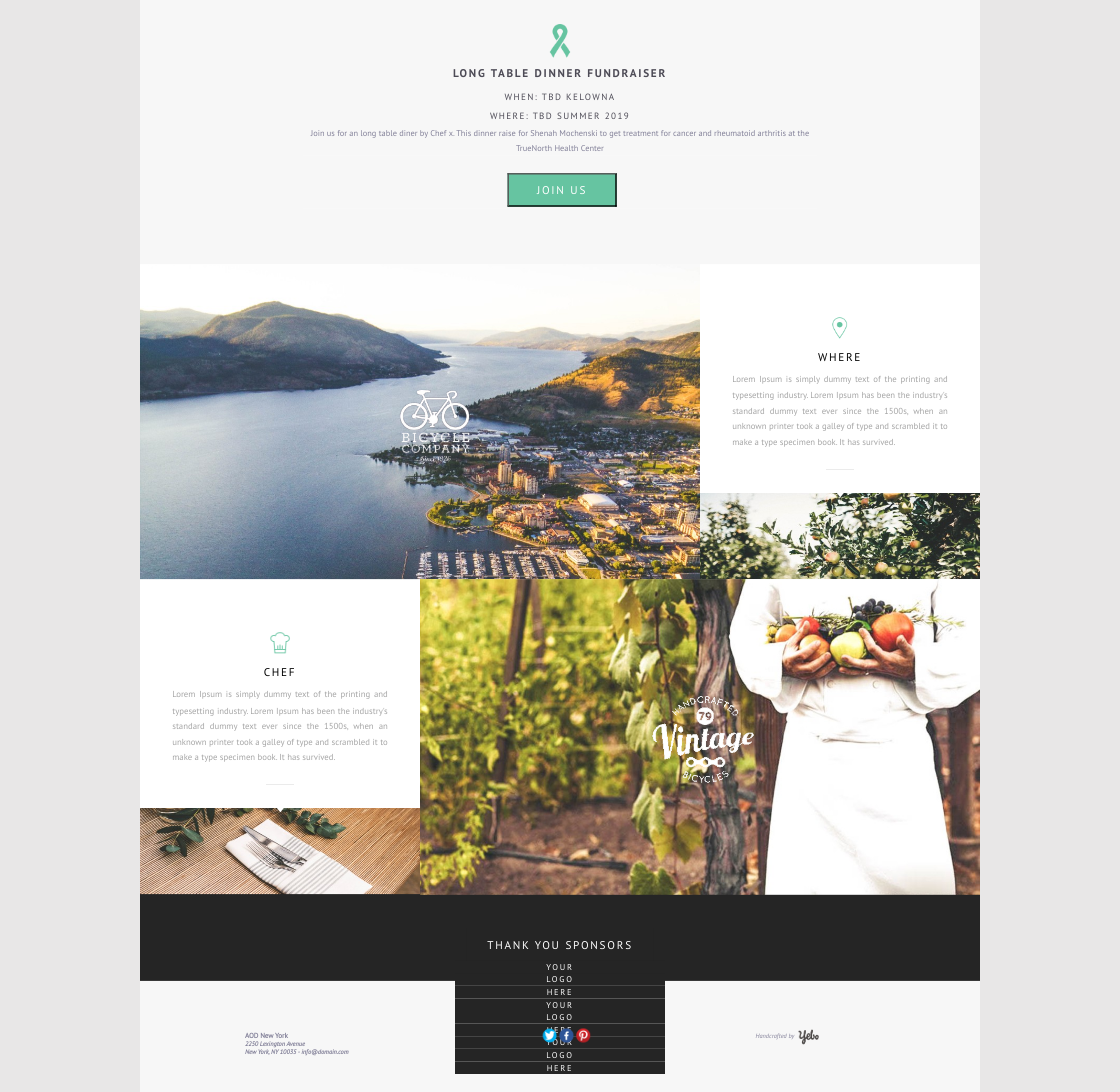
Repository: vancodes/longtable
Page: index.html
These files come from the project's save history. The page is drawn as it stood at one moment and after the next save; the edit follows.
The browser window is 1280 px wide. The page is 1600 px wide, so the pictures cover 1600 px, including what lies to the right of the window. The pictures show the part of the page from y = 796 to 2356 px (the page is 2356 px tall), at 70% of full size.

Above is the page before, as saved 2019-04-08 16:06:09.

After the next save:
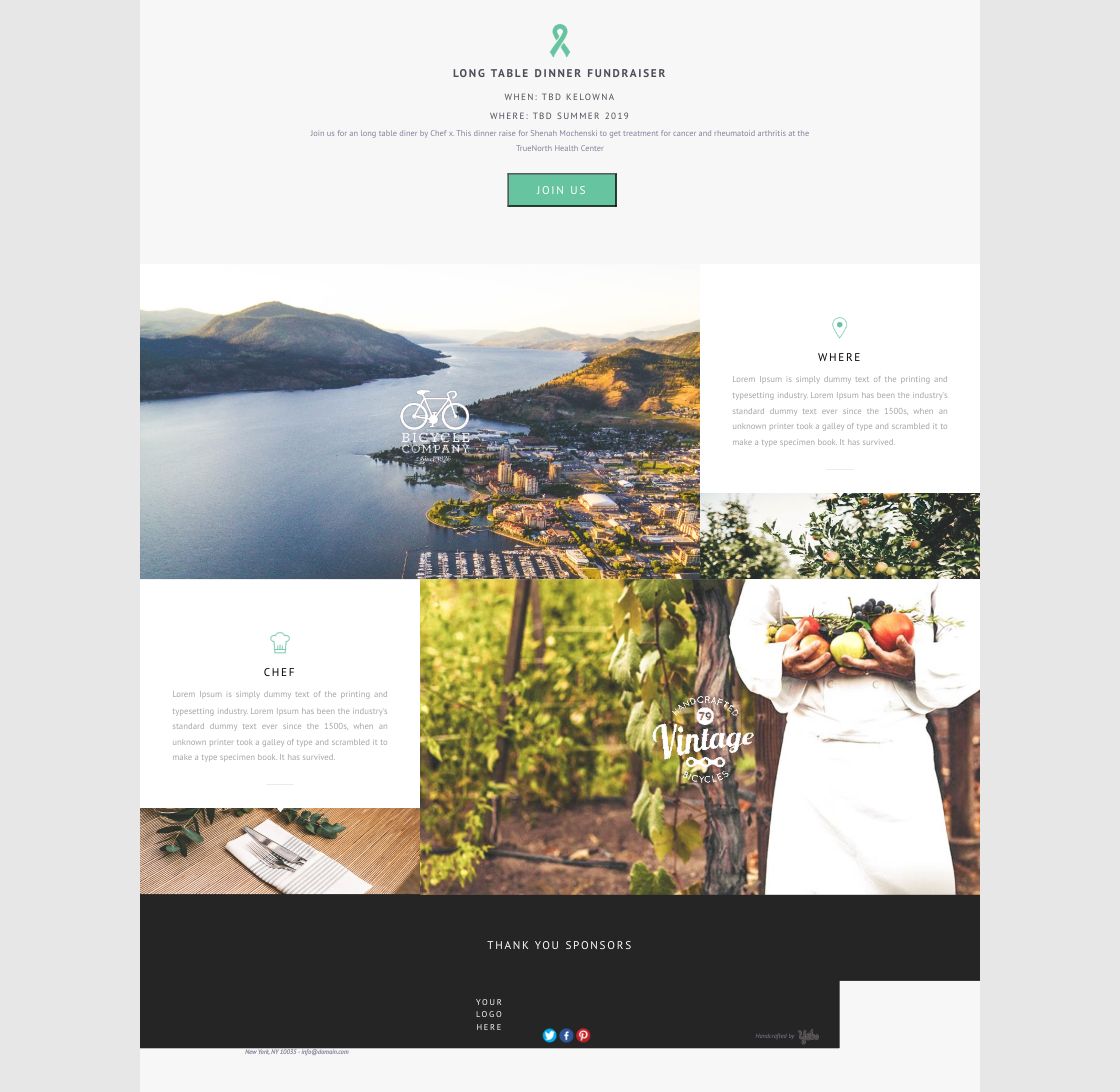
Saved 7 s later.
--- a/index.css
+++ b/index.css
@@ -564,7 +564,10 @@ img {
   background-color: #252525;
 }
 .sponsor-logo {
-
+  position: absolute;
+  background-color: #252525;
+  height: 75px;
+  padding-top: 50px;
 }
 
   .sponsor-logo p {
